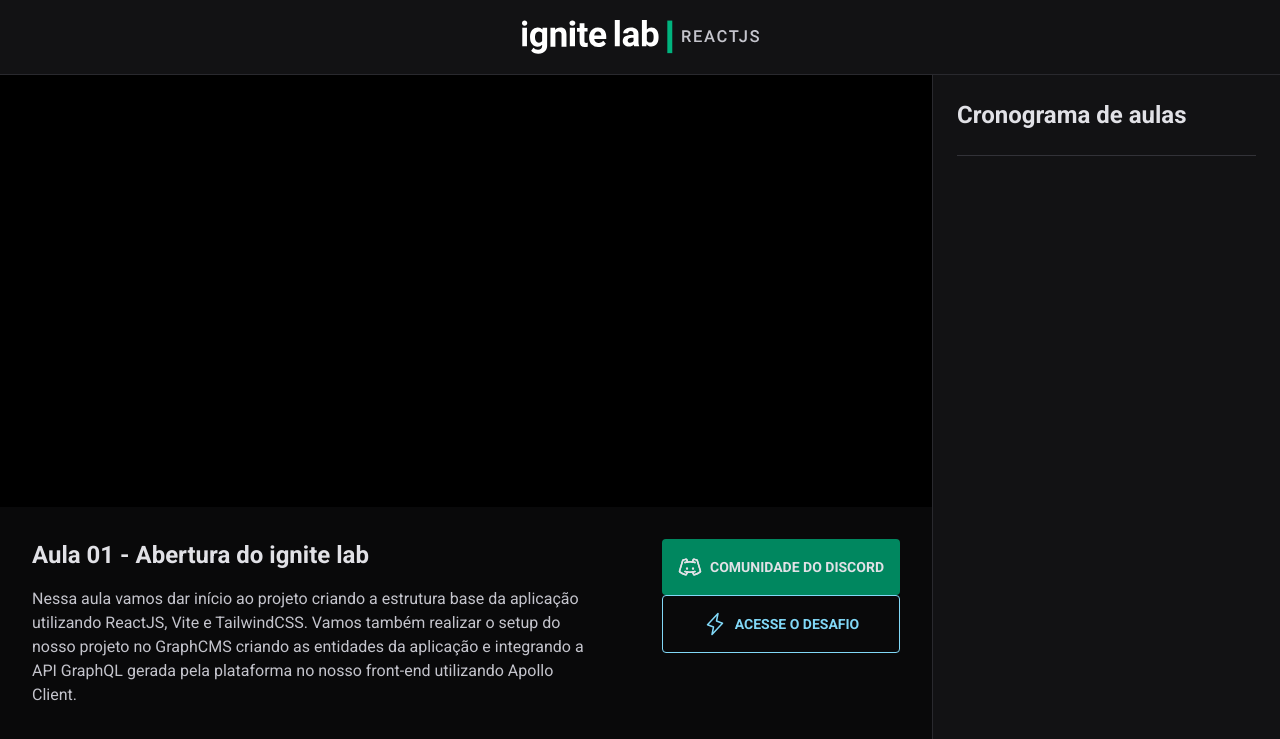
Repository: andynadvorny/event-platform
Page: /
The author's editor kept a copy of each file at every save. The page is drawn from the files as they stood at one save, then again after the next save.
The browser window is 1280 px wide. The pictures show the whole page.
The page's requests for data from a server got no answer. The project was rebuilt for these pictures with package versions that can differ from the ones it lists, and the page was loaded fresh each time. No one was signed in, and anything a server would have sent is missing. Also part of the build but not shown: vite.config.ts, src/components/Lesson.tsx.

Above is the page before, as saved 2022-06-24 11:40:33.

After the next save:
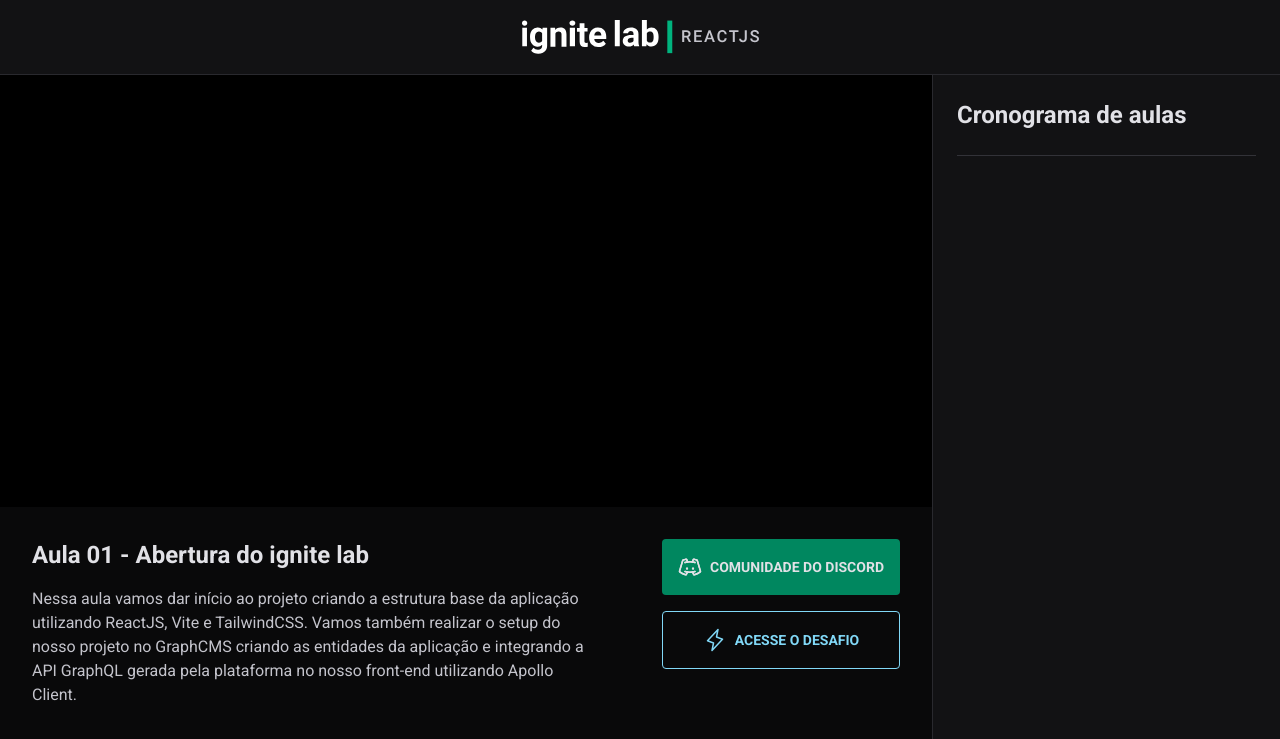
Saved 16 s later.
--- a/src/components/Video.tsx
+++ b/src/components/Video.tsx
@@ -17,7 +17,7 @@
               Nessa aula vamos dar início ao projeto criando a estrutura base da aplicação utilizando ReactJS, Vite e TailwindCSS. Vamos também realizar o setup do nosso projeto no GraphCMS criando as entidades da aplicação e integrando a API GraphQL gerada pela plataforma no nosso front-end utilizando Apollo Client.
             </p>
           </div>
-          <div className="flx flex-col gap-4">
+          <div className="flex flex-col gap-4">
             <a href="" className="p-4 text-sm bg-green-500 flex items-center rounded font-bold uppercase gap-2 justify-center">
               <DiscordLogo size={24} />
               Comunidade do Discord
